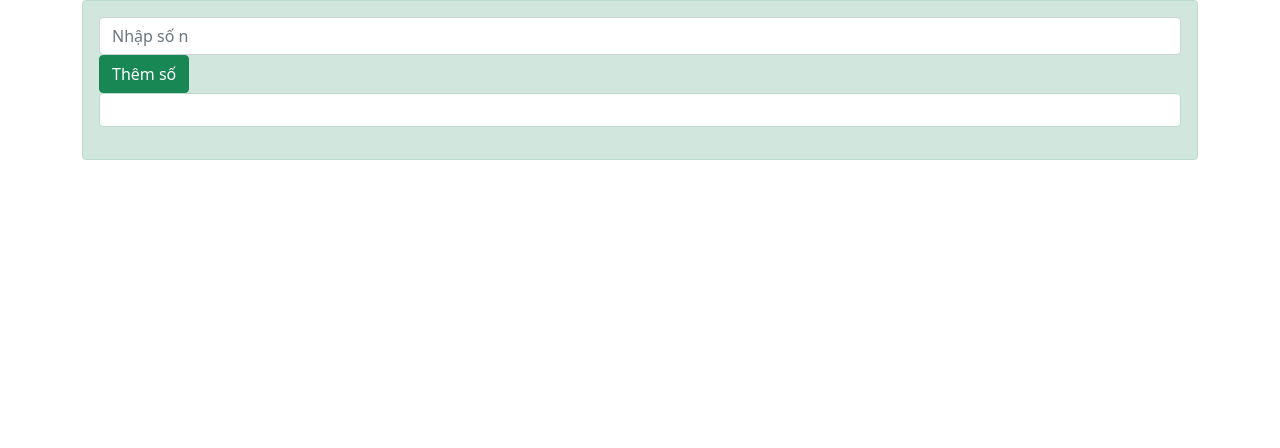
Repository: qkhanh1104k/Js-buoi7-8
Page: index.html
These files come from the project's save history. The page is drawn as it stood at one moment and after the next save; the edit follows.
The browser window is 1280 px wide. The pictures show the whole page.

Above is the page before, as saved 2022-07-26 19:17:55.

### index.html
<!DOCTYPE html>
<html lang="en">
  <head>
    <meta charset="UTF-8" />
    <meta http-equiv="X-UA-Compatible" content="IE=edge" />
    <meta name="viewport" content="width=device-width, initial-scale=1.0" />
    <title>Document</title>
    <link
      href="https://cdn.jsdelivr.net/npm/bootstrap@5.1.3/dist/css/bootstrap.min.css"
      rel="stylesheet"
      integrity="sha384-1BmE4kWBq78iYhFldvKuhfTAU6auU8tT94WrHftjDbrCEXSU1oBoqyl2QvZ6jIW3"
      crossorigin="anonymous"
    />
  </head>
  <body>
    <div class="container">
      <div>
        <div class="alert alert-success">
          <input
            type="text"
            placeholder="Nhập số n"
            id="txtNum"
            class="form-control"
          />
          <button class="btn btn-success" onclick="addNum()">Thêm số</button>
          <div class="alert alert-success" id="resultBt1" style="background-color:#fff ;"></div>
        </div>
      </div>
    </div>
    <script src="./index.js"></script>
  </body>
</html>

### index.js
var txtNum = [ ];

function addNum(){
    var inputNum = document.getElementById("txtNum").value*1
    txtNum.push(inputNum);
    document.getElementById("resultBt1").innerHTML = txtNum;
}

After the next save:
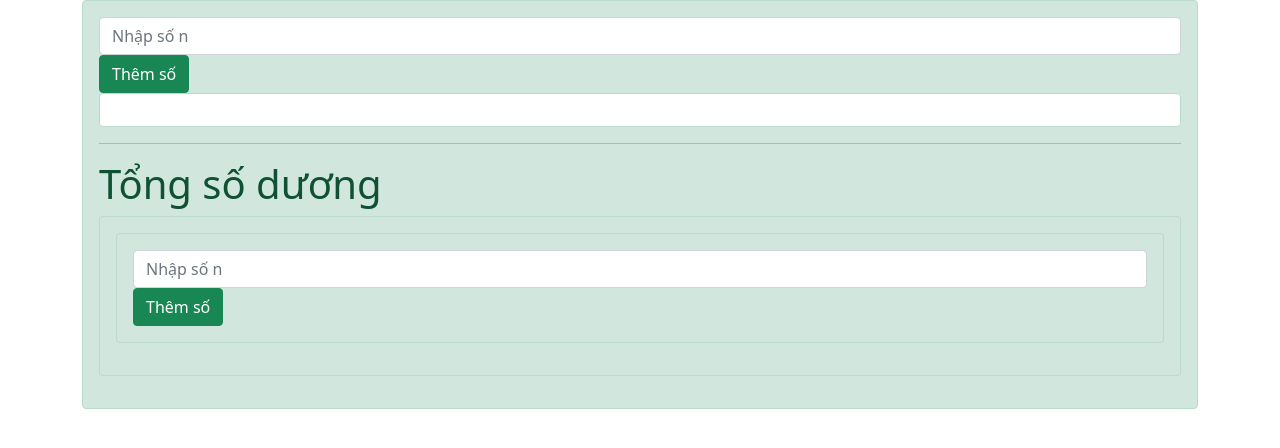
Saved 2 min 55 s later.
--- a/index.html
+++ b/index.html
@@ -24,6 +24,18 @@
           />
           <button class="btn btn-success" onclick="addNum()">Thêm số</button>
           <div class="alert alert-success" id="resultBt1" style="background-color:#fff ;"></div>
+          <hr>
+          <h1>Tổng số dương</h1>
+          <div class="alert alert-success" id="resultBt1">
+            <div class="alert alert-success">
+              <input
+                type="text"
+                placeholder="Nhập số n"
+                id="txtNum"
+                class="form-control"
+              />
+              <button class="btn btn-success" onclick="addNum()">Thêm số</button>
+          </div>
         </div>
       </div>
     </div>
